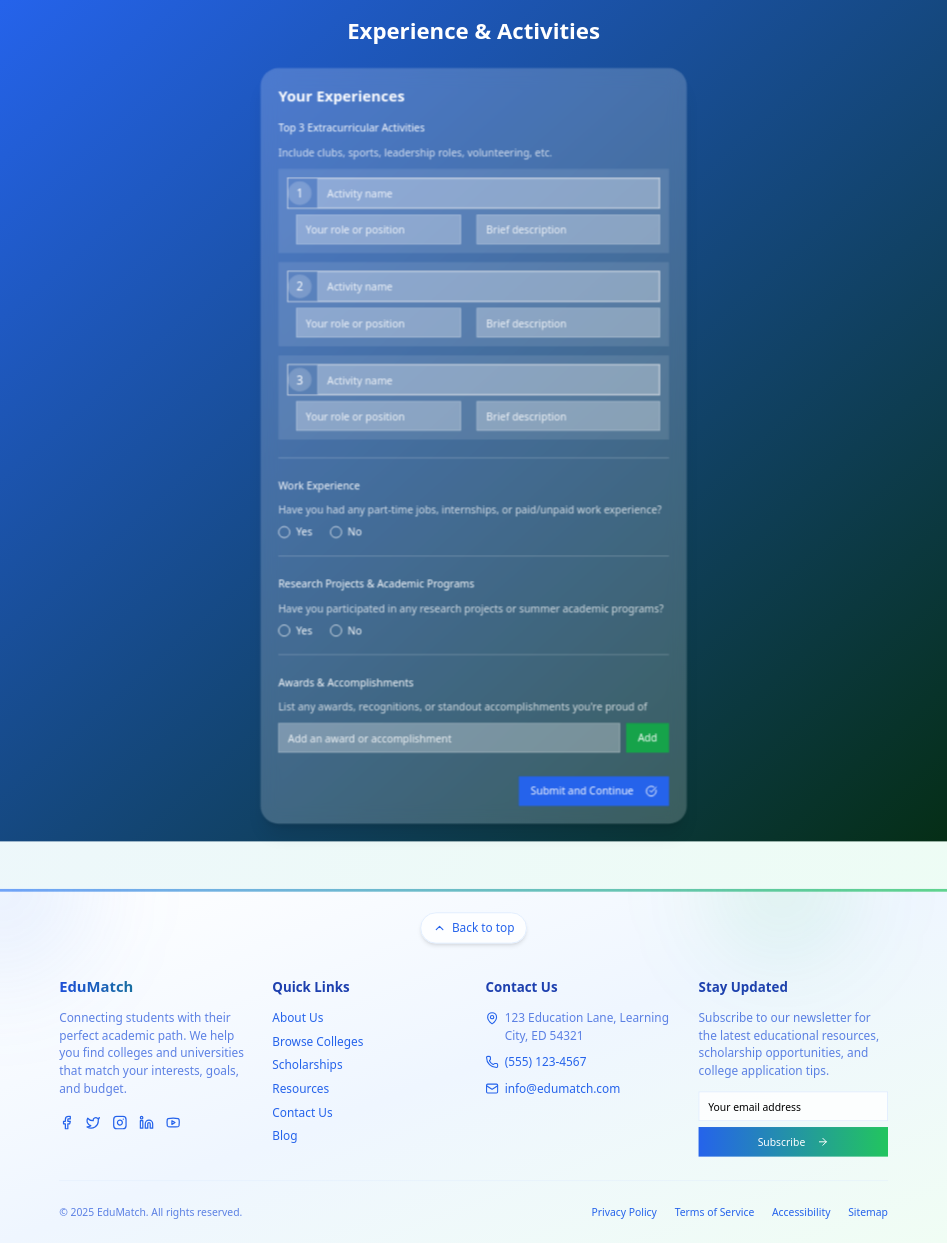
Repository: Kish202/EdTech
Page: /experience-activities
An editor plug-in stored every save of this project. The page is shown before and after the next save, followed by the edit.
The browser window is 1280 px wide. The pictures show the whole page, at 74% of full size.
The project was rebuilt for these pictures with package versions that can differ from the ones it lists, and the page was loaded fresh each time. Also part of the build but not shown: vite.config.js, src/components/sections/Navbar.jsx, src/components/registerforms/RegisterForm.jsx, src/components/sections/Hero.jsx, src/components/sections/Steps.jsx, src/components/ui/avatar.jsx, src/components/sections/Testmonials.jsx, src/components/ui/select.jsx and 12 more.

Above is the page before, as saved 2025-04-18 19:04:40.

### src/index.css

@import "slick-carousel/slick/slick.css";
@import "slick-carousel/slick/slick-theme.css";

@tailwind base;
@tailwind components;
@tailwind utilities;

### src/components/registerforms/Form4.jsx
import React, { useState, useEffect } from 'react';
import { Card, CardContent, CardFooter } from '@/components/ui/card';
import { Input } from '@/components/ui/input';
import { Button } from '@/components/ui/button';
import { Label } from '@/components/ui/label';
import { Textarea } from '@/components/ui/textarea';
import { RadioGroup, RadioGroupItem } from '@/components/ui/radio-group';
import { CheckCircle, AlertCircle, Trash2 } from 'lucide-react';
import { Badge } from '@/components/ui/badge';
import { Separator } from '@/components/ui/separator';

export default function ExperienceActivitiesCard() {
  // State for form data
  const [formData, setFormData] = useState({
    activities: [
      { name: '', description: '', role: '' },
      { name: '', description: '', role: '' },
      { name: '', description: '', role: '' }
    ],
    workExperience: {
      hasExperience: '',
      description: ''
    },
    researchExperience: {
      hasExperience: '',
      description: ''
    },
    awards: []
  });

  // State for new award input
  const [newAward, setNewAward] = useState('');

  // State for errors
  const [errors, setErrors] = useState({});

  // Load data from local storage on component mount
  useEffect(() => {
    const savedData = localStorage.getItem('experienceActivitiesData');
    if (savedData) {
      try {
        const parsedData = JSON.parse(savedData);
        setFormData(parsedData);
      } catch (e) {
        console.error("Error parsing saved data:", e);
      }
    }
  }, []);

  // Handle extracurricular activity input changes
  const handleActivityChange = (index, field, value) => {
    const updatedActivities = [...formData.activities];
    updatedActivities[index] = {
      ...updatedActivities[index],
      [field]: value
    };

    setFormData({
      ...formData,
      activities: updatedActivities
    });

    // Clear error when user types
    if (errors.activities) {
      setErrors({ ...errors, activities: '' });
    }
  };

  // Handle work experience radio selection
  const handleWorkExperienceToggle = (value) => {
    setFormData({
      ...formData,
      workExperience: {
        ...formData.workExperience,
        hasExperience: value
      }
    });

    // Clear error when user selects
    if (errors.workExperience) {
      setErrors({ ...errors, workExperience: '' });
    }
  };

  // Handle work experience description
  const handleWorkDescriptionChange = (e) => {
    setFormData({
      ...formData,
      workExperience: {
        ...formData.workExperience,
        description: e.target.value
      }
    });
  };

  // Handle research experience radio selection
  const handleResearchExperienceToggle = (value) => {
    setFormData({
      ...formData,
      researchExperience: {
        ...formData.researchExperience,
        hasExperience: value
      }
    });

    // Clear error when user selects
    if (errors.researchExperience) {
      setErrors({ ...errors, researchExperience: '' });
    }
  };

  // Handle research experience description
  const handleResearchDescriptionChange = (e) => {
    setFormData({
      ...formData,
      researchExperience: {
        ...formData.researchExperience,
        description: e.target.value
      }
    });
  };

  // Handle new award input
  const handleNewAwardChange = (e) => {
    setNewAward(e.target.value);
  };

  // Add a new award
  const addAward = () => {
    if (newAward.trim() !== '') {
      const updatedAwards = [...formData.awards, newAward.trim()];
      setFormData({
        ...formData,
        awards: updatedAwards
      });
      setNewAward('');

      // Clear error when user adds an award
      if (errors.awards) {
        setErrors({ ...errors, awards: '' });
      }
    }
  };

  // Remove an award
  const removeAward = (index) => {
    const updatedAwards = formData.awards.filter((_, i) => i !== index);
    setFormData({
      ...formData,
      awards: updatedAwards
    });
  };

  // Handle Enter key press on new award input
  const handleKeyPress = (e) => {
    if (e.key === 'Enter') {
      e.preventDefault();
      addAward();
    }
  };

  // Validate form
  const validateForm = () => {
    let formErrors = {};
    let isValid = true;

    // Validate at least one activity
    if (!formData.activities[0].name.trim()) {
      formErrors.activities = 'Please enter at least one extracurricular activity';
      isValid = false;
    }

    // Validate work experience selection
    if (!formData.workExperience.hasExperience) {
      formErrors.workExperience = 'Please select yes or no';
      isValid = false;
    }

    // If yes to work experience, validate description
    if (formData.workExperience.hasExperience === 'yes' &&
        !formData.workExperience.description.trim()) {
      formErrors.workExperienceDescription = 'Please provide details about your work experience';
      isValid = false;
    }

    // Validate research experience selection
    if (!formData.researchExperience.hasExperience) {
      formErrors.researchExperience = 'Please select yes or no';
      isValid = false;
    }

    // If yes to research experience, validate description
    if (formData.researchExperience.hasExperience === 'yes' &&
        !formData.researchExperience.description.trim()) {
      formErrors.researchExperienceDescription = 'Please provide details about your research experience';
      isValid = false;
    }

    setErrors(formErrors);
    return isValid;
  };

  // Handle submit button click
  const handleSubmit = () => {
    if (validateForm()) {
      // Store in local storage
      localStorage.setItem('experienceActivitiesData', JSON.stringify(formData));

      // Simulate navigation to next page
      alert("Data saved! Ready to navigate to the next page.");
      // In a real application, you would use something like:
      // navigate('/next-page');
    }
  };

  // Error message component
  const ErrorMessage = ({ error }) => {
    if (!error) return null;

    return (
      <div className="text-red-400 text-sm mt-1 flex items-center">
        <AlertCircle className="h-3 w-3 mr-1" />
        {error}
      </div>
    );
  };

  return (
    <div className="min-h-screen flex flex-col items-center justify-center p-6 bg-gradient-to-br from-blue-600 to-green-950">
      <h1 className="text-3xl font-bold text-white mb-8 text-center">
        Experience & Activities
      </h1>

      <Card className="bg-white/20 backdrop-blur-md shadow-xl border-0 transition-all duration-300 transform max-w-xl w-full rounded-3xl">
        <CardContent className="pt-6">
          <h2 className="text-xl font-semibold mb-4 text-white">Your Experiences</h2>

          <div className="space-y-6">
            {/* Extracurricular Activities */}
            <div className="space-y-3">
              <Label className="text-white font-medium">Top 3 Extracurricular Activities</Label>
              <p className="text-white/80 text-sm">
                Include clubs, sports, leadership roles, volunteering, etc.
              </p>

              {formData.activities.map((activity, index) => (
                <div key={index} className="space-y-2 bg-white/10 p-3 rounded-lg">
                  <div className="flex items-center  border">
                    <div className="flex  items-center justify-center bg-white/20 rounded-full w-8 h-8 mr-2 shrink-0">
                      <span className="text-white font-medium">{index + 1}</span>
                    </div>
                    <Input
                      value={activity.name}
                      onChange={(e) => handleActivityChange(index, 'name', e.target.value)}
                      className="bg-white/30 text-white placeholder:text-white/90 border-white/30"
                      placeholder={`Activity name`}
                    />
                  </div>

                  <div className="grid grid-cols-1 md:grid-cols-2 gap-2">
                    <Input
                      value={activity.role}
                      onChange={(e) => handleActivityChange(index, 'role', e.target.value)}
                      className="bg-white/30 text-white placeholder:text-white/90 border-white/30 w-[90%] ml-3"
                      placeholder="Your role or position"
                    />
                    <Input
                      value={activity.description}
                      onChange={(e) => handleActivityChange(index, 'description', e.target.value)}
                      className="bg-white/30 text-white placeholder:text-white/90 border-white/30"
                      placeholder="Brief description"
                    />
                  </div>
                </div>
              ))}

              {errors.activities && <ErrorMessage error={errors.activities} />}
            </div>

            <Separator className="bg-white/30" />

            {/* Work Experience */}
            <div className="space-y-3">
              <Label className="text-white font-medium">Work Experience</Label>
              <p className="text-white/80 text-sm">
                Have you had any part-time jobs, internships, or paid/unpaid work experience?
              </p>

              <RadioGroup
                value={formData.workExperience.hasExperience}
                onValueChange={handleWorkExperienceToggle}
                className="flex space-x-4"
              >
                <div className="flex items-center space-x-2">
                  <RadioGroupItem value="yes" id="work-yes" className="border-white text-white" />
                  <Label htmlFor="work-yes" className="text-white">Yes</Label>
                </div>
                <div className="flex items-center space-x-2">
                  <RadioGroupItem value="no" id="work-no" className="border-white text-white" />
                  <Label htmlFor="work-no" className="text-white">No</Label>
                </div>
              </RadioGroup>
              <ErrorMessage error={errors.workExperience} />

              {formData.workExperience.hasExperience === 'yes' && (
                <div className="space-y-2">
                  <Label htmlFor="workDescription" className="text-white/80 text-sm">
                    Please describe your work experience
                  </Label>
                  <Textarea
                    id="workDescription"
                    value={formData.workExperience.description}
                    onChange={handleWorkDescriptionChange}
                    className={`bg-white/30 text-white placeholder:text-white/90 min-h-24 ${
                      errors.workExperienceDescription ? 'border-red-400' : 'border-white/30'
                    }`}
                    placeholder="Describe your roles, responsibilities, and what you learned"
                  />
                  <ErrorMessage error={errors.workExperienceDescription} />
                </div>
              )}
            </div>

            <Separator className="bg-white/30" />

            {/* Research Experience */}
            <div className="space-y-3">
              <Label className="text-white font-medium">Research Projects & Academic Programs</Label>
              <p className="text-white/80 text-sm">
                Have you participated in any research projects or summer academic programs?
              </p>

              <RadioGroup
                value={formData.researchExperience.hasExperience}
                onValueChange={handleResearchExperienceToggle}
                className="flex space-x-4"
              >
                <div className="flex items-center space-x-2">
                  <RadioGroupItem value="yes" id="research-yes" className="border-white text-white" />
                  <Label htmlFor="research-yes" className="text-white">Yes</Label>
                </div>
                <div className="flex items-center space-x-2">
                  <RadioGroupItem value="no" id="research-no" className="border-white text-white" />
                  <Label htmlFor="research-no" className="text-white">No</Label>
                </div>
              </RadioGroup>
              <ErrorMessage error={errors.researchExperience} />

              {formData.researchExperience.hasExperience === 'yes' && (
                <div className="space-y-2">
                  <Label htmlFor="researchDescription" className="text-white/80 text-sm">
                    Please describe your research experience
                  </Label>
                  <Textarea
                    id="researchDescription"
                    value={formData.researchExperience.description}
                    onChange={handleResearchDescriptionChange}
                    className={`bg-white/30 text-white placeholder:text-white/90 min-h-24 ${
                      errors.researchExperienceDescription ? 'border-red-400' : 'border-white/30'
                    }`}
                    placeholder="Describe the research project or program, your role, and what you learned"
                  />
                  <ErrorMessage error={errors.researchExperienceDescription} />
                </div>
              )}
            </div>

            <Separator className="bg-white/30" />

            {/* Awards & Accomplishments */}
            <div className="space-y-3">
              <Label className="text-white font-medium">Awards & Accomplishments</Label>
              <p className="text-white/80 text-sm">
                List any awards, recognitions, or standout accomplishments you're proud of
              </p>

              {/* Awards list */}
              <div className="space-y-2">
                {formData.awards.map((award, index) => (
                  <div key={index} className="flex items-center bg-white/10 p-2 rounded-lg">
                    <div className="flex-1 text-white">{award}</div>
                    <Button
                      variant="ghost"
                      size="sm"
                      onClick={() => removeAward(index)}
                      className="text-white/70 hover:text-white hover:bg-white/20"
                    >
                      <Trash2 className="h-4 w-4" />
                    </Button>
                  </div>
                ))}
              </div>

              {/* New award input */}
              <div className="flex space-x-2">
                <Input
                  value={newAward}
                  onChange={handleNewAwardChange}
                  onKeyPress={handleKeyPress}
                  className="bg-white/30 text-white placeholder:text-white/90 border-white/30 flex-1"
                  placeholder="Add an award or accomplishment"
                />
                <Button
                  onClick={addAward}
                  className="bg-green-600 hover:bg-green-700 text-white"
                >
                  Add
                </Button>
              </div>
            </div>
          </div>
        </CardContent>

        <CardFooter className="flex justify-end pt-2 pb-6">
          <Button
            onClick={handleSubmit}
            className="bg-blue-600 hover:bg-blue-700 text-white"
          >
            Submit and Continue <CheckCircle className="ml-2 h-4 w-4" />
          </Button>
        </CardFooter>
      </Card>
    </div>
  );
}

### src/components/ui/button.jsx
import * as React from "react"
import { Slot } from "@radix-ui/react-slot"
import { cva } from "class-variance-authority";

import { cn } from "@/lib/utils"

const buttonVariants = cva(
  "inline-flex items-center justify-center gap-2 whitespace-nowrap rounded-md text-sm font-medium ring-offset-background transition-colors focus-visible:outline-none focus-visible:ring-2 focus-visible:ring-ring focus-visible:ring-offset-2 disabled:pointer-events-none disabled:opacity-50 [&_svg]:pointer-events-none [&_svg]:size-4 [&_svg]:shrink-0",
  {
    variants: {
      variant: {
        default: "bg-primary text-primary-foreground hover:bg-primary/90",
        destructive:
          "bg-destructive text-destructive-foreground hover:bg-destructive/90",
        outline:
          "border border-input bg-background hover:bg-accent hover:text-accent-foreground",
        secondary:
          "bg-secondary text-secondary-foreground hover:bg-secondary/80",
        ghost: "hover:bg-accent hover:text-accent-foreground",
        link: "text-primary underline-offset-4 hover:underline",
      },
      size: {
        default: "h-10 px-4 py-2",
        sm: "h-9 rounded-md px-3",
        lg: "h-11 rounded-md px-8",
        icon: "h-10 w-10",
      },
    },
    defaultVariants: {
      variant: "default",
      size: "default",
    },
  }
)

const Button = React.forwardRef(({ className, variant, size, asChild = false, ...props }, ref) => {
  const Comp = asChild ? Slot : "button"
  return (
    <Comp
      className={cn(buttonVariants({ variant, size, className }))}
      ref={ref}
      {...props} />
  );
})
Button.displayName = "Button"

export { Button, buttonVariants }

### src/components/ui/input.jsx
import * as React from "react"

import { cn } from "@/lib/utils"

const Input = React.forwardRef(({ className, type, ...props }, ref) => {
  return (
    <input
      type={type}
      className={cn(
        "flex h-10 w-full rounded-md border border-input bg-background px-3 py-2 text-base ring-offset-background file:border-0 file:bg-transparent file:text-sm file:font-medium file:text-foreground placeholder:text-muted-foreground focus-visible:outline-none focus-visible:ring-2 focus-visible:ring-ring focus-visible:ring-offset-2 disabled:cursor-not-allowed disabled:opacity-50 md:text-sm",
        className
      )}
      ref={ref}
      {...props} />
  );
})
Input.displayName = "Input"

export { Input }

### src/components/ui/card.jsx
import * as React from "react"

import { cn } from "@/lib/utils"

const Card = React.forwardRef(({ className, ...props }, ref) => (
  <div
    ref={ref}
    className={cn("rounded-lg border bg-card text-card-foreground shadow-sm", className)}
    {...props} />
))
Card.displayName = "Card"

const CardHeader = React.forwardRef(({ className, ...props }, ref) => (
  <div
    ref={ref}
    className={cn("flex flex-col space-y-1.5 p-6", className)}
    {...props} />
))
CardHeader.displayName = "CardHeader"

const CardTitle = React.forwardRef(({ className, ...props }, ref) => (
  <div
    ref={ref}
    className={cn("text-2xl font-semibold leading-none tracking-tight", className)}
    {...props} />
))
CardTitle.displayName = "CardTitle"

const CardDescription = React.forwardRef(({ className, ...props }, ref) => (
  <div
    ref={ref}
    className={cn("text-sm text-muted-foreground", className)}
    {...props} />
))
CardDescription.displayName = "CardDescription"

const CardContent = React.forwardRef(({ className, ...props }, ref) => (
  <div ref={ref} className={cn("p-6 pt-0", className)} {...props} />
))
CardContent.displayName = "CardContent"

const CardFooter = React.forwardRef(({ className, ...props }, ref) => (
  <div
    ref={ref}
    className={cn("flex items-center p-6 pt-0", className)}
    {...props} />
))
CardFooter.displayName = "CardFooter"

export { Card, CardHeader, CardFooter, CardTitle, CardDescription, CardContent }

### src/components/ui/accordion.jsx
import * as React from "react"
import * as AccordionPrimitive from "@radix-ui/react-accordion"
import { ChevronDown } from "lucide-react"

import { cn } from "@/lib/utils"

const Accordion = AccordionPrimitive.Root

const AccordionItem = React.forwardRef(({ className, ...props }, ref) => (
  <AccordionPrimitive.Item ref={ref} className={cn("border-b", className)} {...props} />
))
AccordionItem.displayName = "AccordionItem"

const AccordionTrigger = React.forwardRef(({ className, children, ...props }, ref) => (
  <AccordionPrimitive.Header className="flex">
    <AccordionPrimitive.Trigger
      ref={ref}
      className={cn(
        "flex flex-1 items-center justify-between py-4 font-medium transition-all hover:underline [&[data-state=open]>svg]:rotate-180",
        className
      )}
      {...props}>
      {children}
      <ChevronDown className="h-4 w-4 shrink-0 transition-transform duration-200" />
    </AccordionPrimitive.Trigger>
  </AccordionPrimitive.Header>
))
AccordionTrigger.displayName = AccordionPrimitive.Trigger.displayName

const AccordionContent = React.forwardRef(({ className, children, ...props }, ref) => (
  <AccordionPrimitive.Content
    ref={ref}
    className="overflow-hidden text-sm transition-all data-[state=closed]:animate-accordion-up data-[state=open]:animate-accordion-down"
    {...props}>
    <div className={cn("pb-4 pt-0", className)}>{children}</div>
  </AccordionPrimitive.Content>
))

AccordionContent.displayName = AccordionPrimitive.Content.displayName

export { Accordion, AccordionItem, AccordionTrigger, AccordionContent }

### src/components/ui/radio-group.jsx
import * as React from "react"
import * as RadioGroupPrimitive from "@radix-ui/react-radio-group"
import { Circle } from "lucide-react"

import { cn } from "@/lib/utils"

const RadioGroup = React.forwardRef(({ className, ...props }, ref) => {
  return (<RadioGroupPrimitive.Root className={cn("grid gap-2", className)} {...props} ref={ref} />);
})
RadioGroup.displayName = RadioGroupPrimitive.Root.displayName

const RadioGroupItem = React.forwardRef(({ className, ...props }, ref) => {
  return (
    <RadioGroupPrimitive.Item
      ref={ref}
      className={cn(
        "aspect-square h-4 w-4 rounded-full border border-primary text-primary ring-offset-background focus:outline-none focus-visible:ring-2 focus-visible:ring-ring focus-visible:ring-offset-2 disabled:cursor-not-allowed disabled:opacity-50",
        className
      )}
      {...props}>
      <RadioGroupPrimitive.Indicator className="flex items-center justify-center">
        <Circle className="h-2.5 w-2.5 fill-current text-current" />
      </RadioGroupPrimitive.Indicator>
    </RadioGroupPrimitive.Item>
  );
})
RadioGroupItem.displayName = RadioGroupPrimitive.Item.displayName

export { RadioGroup, RadioGroupItem }

Loaded but not shown: index.html (common file); src/main.jsx (common file); src/App.css (common file); src/lib/utils.js (common file); src/components/ui/label.jsx (common file); src/components/ui/separator.jsx (common file); tailwind.config.js (158 lines, source omitted); src/components/sections/Footer.jsx (229 lines, source omitted); src/App.jsx (53 lines, source omitted)

After the next save:
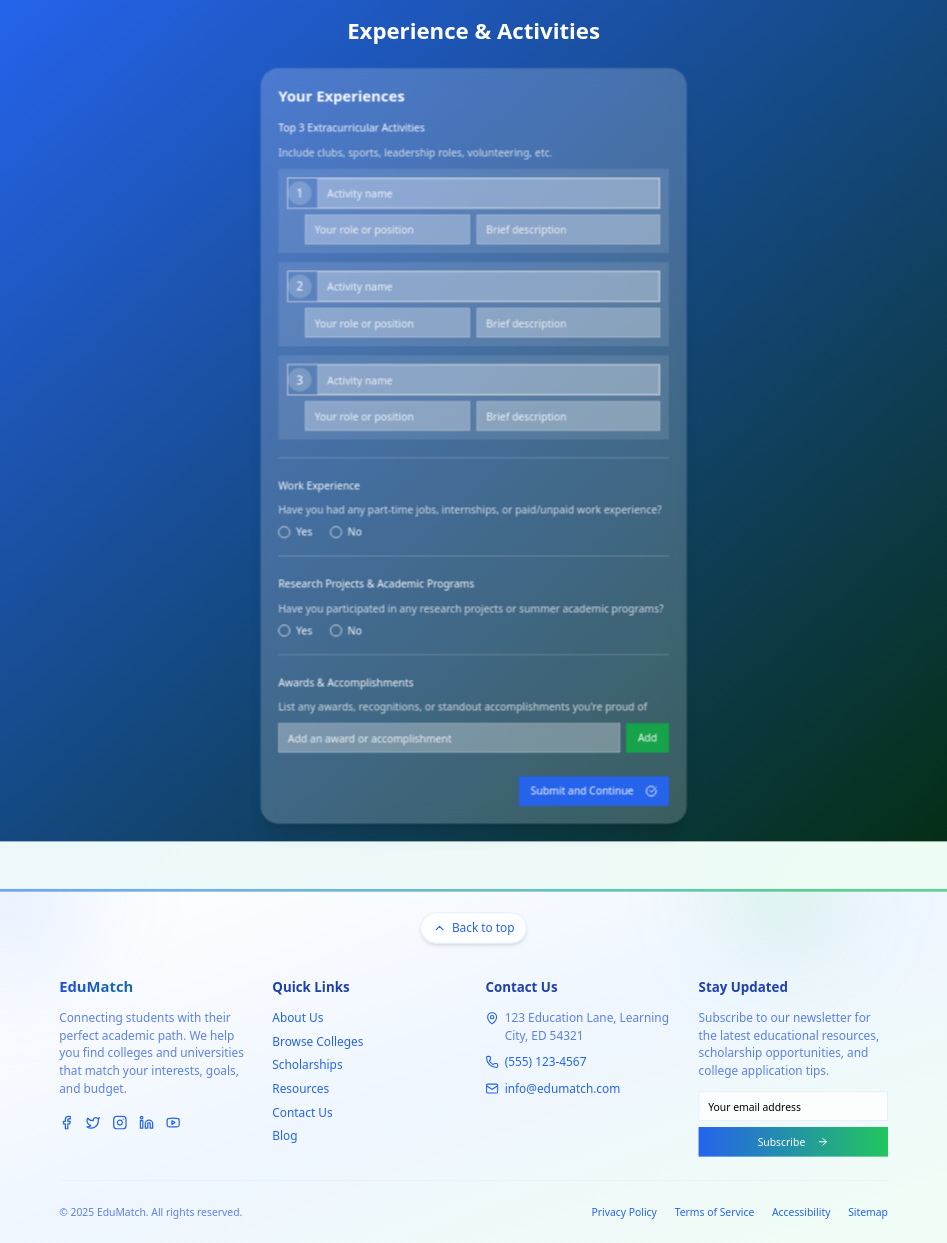
Saved 5 s later.
--- a/src/components/registerforms/Form4.jsx
+++ b/src/components/registerforms/Form4.jsx
@@ -261,7 +261,7 @@ export default function ExperienceActivitiesCard() {
                     <Input
                       value={activity.role}
                       onChange={(e) => handleActivityChange(index, 'role', e.target.value)}
-                      className="bg-white/30 text-white placeholder:text-white/90 border-white/30 w-[90%] ml-3"
+                      className="bg-white/30 text-white placeholder:text-white/90 border-white/30 w-[90%] ml-6"
                       placeholder="Your role or position"
                     />
                     <Input
